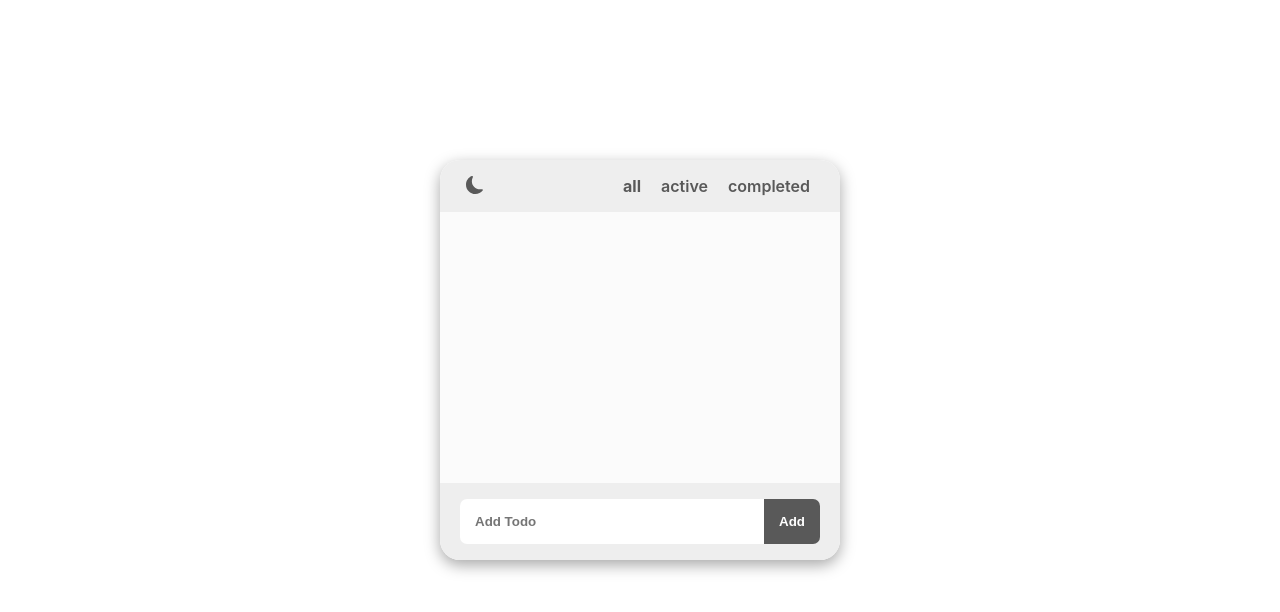
Repository: momo0170/react_todolist
Page: /
These files come from the project's save history. The page is drawn as it stood at one moment and after the next save; the edit follows.
The browser window is 1280 px wide. The pictures show the whole page.
The project was rebuilt for these pictures with package versions that can differ from the ones it lists, and the page was loaded fresh each time. Also part of the build but not shown: src/css/Todo.module.css, src/components/Main/Todo.jsx.

Above is the page before, as saved 2022-11-09 17:10:34.

### src/index.css
body {
  margin: 0;
  font-family: -apple-system, BlinkMacSystemFont, 'Segoe UI', 'Roboto', 'Oxygen',
    'Ubuntu', 'Cantarell', 'Fira Sans', 'Droid Sans', 'Helvetica Neue',
    sans-serif;
  -webkit-font-smoothing: antialiased;
  -moz-osx-font-smoothing: grayscale;
  height: 100vh;
  display: flex;
  justify-content: center;
  align-items: center;
}

code {
  font-family: source-code-pro, Menlo, Monaco, Consolas, 'Courier New',
    monospace;
}

### src/App.jsx
import styles from './App.module.css';
import { useState } from 'react';
import { v4 as uuidv4 } from 'uuid';

import Header from './components/Header/Header';
import Main from './components/Main/Main';
import Footer from './components/Footer/Footer';
import { useEffect } from 'react';

const filters = ['all', 'active', 'completed'];
function App() {
  const [filter, setFilter] = useState(filters[0]);
  const [darkMode, setDarkMode] = useState(false);
  // todos 변경이 발생할 때마다 console.log 계속 실행됨
  // 초기값이 전달되는데 내부적으로 저장된 값이 있다면 초기값을 무시하고 내부적인 값을 사용한다. 그래서 useState 내부에 함수를 사용할 경우에 콜백 함수로 사용하는 것이 좋다.
  const [todos, setTodos] = useState(() => {
    const todos = localStorage.getItem('todos');
    return todos ? JSON.parse(todos) : [];
  });

  const onAdd = (e) => {
    e.preventDefault();
    if (e.target[0].value !== '') {
      setTodos([
        ...todos,
        { id: uuidv4(), name: e.target[0].value, status: 'active' },
      ]);
      e.target[0].value = '';
    }
  };

  const onDelete = (targetId) => {
    setTodos((prev) => prev.filter((todo) => todo.id !== targetId));
  };
  const onUpdate = (updated) => {
    setTodos(todos.map((t) => (t.id === updated.id ? updated : t)));
  };
  const onChangeMode = () => {
    setDarkMode(!darkMode);
  };
  // todos가 업데이트 될 때마다 localStorage의 값도 업데이트
  useEffect(() => {
    localStorage.setItem('todos', JSON.stringify(todos));
  }, [todos]);
  console.log(todos);

  return (
    <div className={styles.container}>
      <Header
        onChangeMode={onChangeMode}
        darkMode={darkMode}
        filters={filters}
        filter={filter}
        onFilterChange={(filter) => setFilter(filter)}
      />
      <Main
        onDelete={onDelete}
        todos={todos}
        onUpdate={onUpdate}
        darkMode={darkMode}
        filter={filter}
      />
      <Footer onAdd={onAdd} darkMode={darkMode} />
    </div>
  );
}

export default App;

### src/App.module.css
:root {
  --light-mode-black: #595959;
}
.container {
  display: flex;
  flex-direction: column;
  border-radius: 20px;
  width: 400px;
  height: 400px;
  box-shadow: rgba(0, 0, 0, 0.35) 0px 5px 15px;
}

### src/components/Header/Header.jsx
import styles from '../../css/Header.module.css';
import { BsMoonFill, BsSunFill } from 'react-icons/bs';

export default function Header({
  onChangeMode,
  darkMode,
  filters,
  filter,
  onFilterChange,
}) {
  const changeMode = () => {
    onChangeMode();
  };
  return (
    <header
      className={styles.header}
      style={darkMode ? { backgroundColor: '#373737' } : {}}
    >
      <button className={styles.modeBtn} onClick={changeMode}>
        {darkMode ? (
          <BsSunFill size="18" color="#DEDEDE" />
        ) : (
          <BsMoonFill size="18" color="#595959" />
        )}
      </button>
      <ul className={styles.filter}>
        {filters.map((value, index) => (
          <li
            className={`${styles.filterList} ${
              filter === value && styles.selected
            }`}
            style={darkMode ? { color: '#DEDEDE' } : { color: '#595959' }}
            key={index}
            onClick={() => onFilterChange(value)}
          >
            {value}
          </li>
        ))}
      </ul>
    </header>
  );
}

### src/components/Main/Main.jsx
import React from 'react';
import styles from '../../css/Main.module.css';
import Todo from './Todo';

export default function Main({
  onDelete,
  onCheck,
  todos,
  darkMode,
  filter,
  onUpdate,
}) {
  const filtered = getFilterdItems(todos, filter);
  return (
    <main
      className={styles.main}
      style={darkMode ? { backgroundColor: '#424242' } : {}}
    >
      {filtered.map((todo) => (
        <li className={styles.list} key={todo.id}>
          <Todo
            todo={todo}
            onDelete={onDelete}
            onCheck={onCheck}
            darkMode={darkMode}
            onUpdate={onUpdate}
          />
        </li>
      ))}
    </main>
  );
}

function getFilterdItems(todos, filter) {
  if (filter === 'all') {
    return todos;
  }
  return todos.filter((todo) => todo.status === filter);
}

### src/components/Footer/Footer.jsx
import React from 'react';
import styles from '../../css/Footer.module.css';
export default function Footer({ onAdd, darkMode }) {
  return (
    <footer
      className={styles.footer}
      style={darkMode ? { backgroundColor: '#373737' } : {}}
    >
      <form className={styles.form} onSubmit={onAdd}>
        <input
          type="text"
          placeholder="Add Todo"
          className={styles.input}
          style={
            darkMode ? { backgroundColor: '#424242', color: '#DEDEDE' } : {}
          }
        />
        <button className={styles.addBtn}>Add</button>
      </form>
    </footer>
  );
}

### src/css/Header.module.css
/* Header */
.header {
  display: flex;
  background-color: #eeeeee;
  border-radius: 20px 20px 0 0;
  justify-content: space-between;
  padding: 0 20px;
}
.modeBtn {
  border: 0;
  background-color: transparent;
  cursor: pointer;
}
.filter {
  list-style: none;
  display: flex;
  padding: 0;
}
.filterList {
  margin: 0 10px;
  cursor: pointer;
  font-weight: 600;
  color: var(--light-mode-black);
}

.filterList.selected {
  font-weight: bolder;
}
.filterList::after {
  content: '';
  display: block;
  background-color: red;
}

### src/css/Main.module.css
/* Main */
.main {
  flex: 1 1 70%;
  background-color: #fbfbfb;
  overflow: auto;
}
.list {
  list-style: none;
  display: flex;
  align-items: center;
  margin: 10px 20px;
}

### src/css/Footer.module.css
/* Footer */
.footer {
  flex: 1 1 20%;
  background-color: #eeeeee;
  border-radius: 0 0 20px 20px;
  display: flex;
  justify-content: center;
  align-items: center;
}
.form {
  display: flex;
  width: 90%;
  border-radius: 10px;
}
.input {
  flex: 1 1 80%;
  border: 0;
  padding: 15px;
  border-radius: 7px 0 0 7px;
  color: var(--light-mode-black);
  font-weight: 800;
}
input:focus::placeholder {
  color: transparent;
}
input:focus {
  outline: 0;
}
.addBtn {
  border: 0;
  border-radius: 0 7px 7px 0;
  padding: 15px;
  background-color: var(--light-mode-black);
  color: white;
  font-weight: 600;
  cursor: pointer;
}

Loaded but not shown: public/index.html (common file); src/index.js (common file); src/reportWebVitals.js (common file)

After the next save:
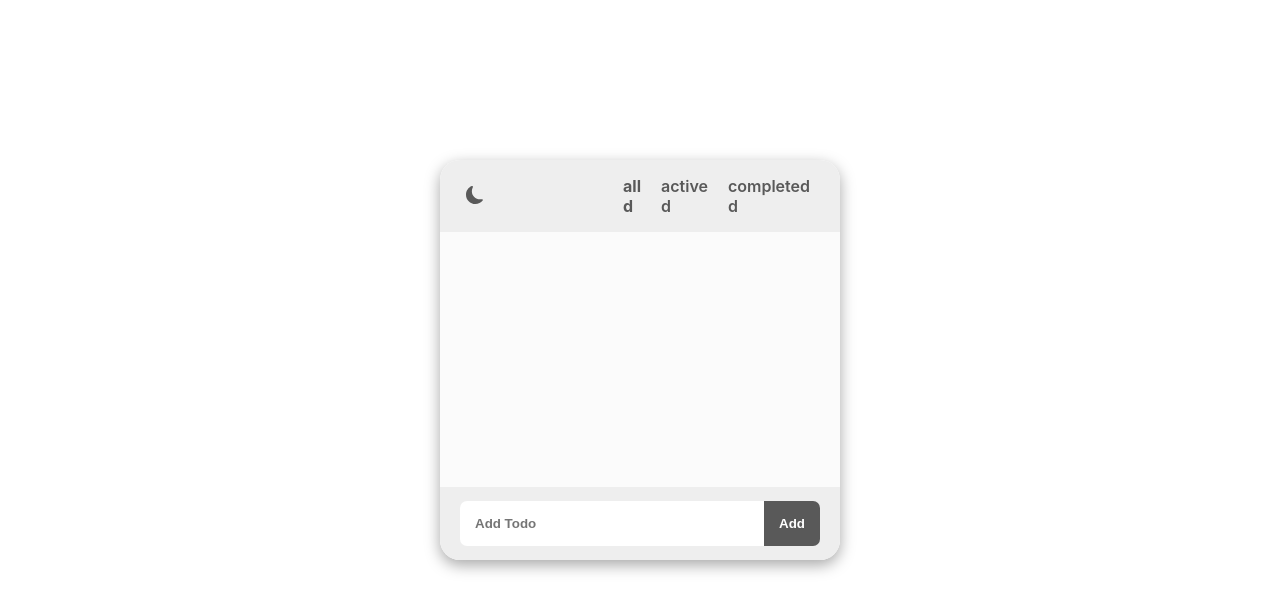
Saved 18 s later.
--- a/src/css/Header.module.css
+++ b/src/css/Header.module.css
@@ -27,7 +27,6 @@
   font-weight: bolder;
 }
 .filterList::after {
-  content: '';
+  content: 'd';
   display: block;
-  background-color: red;
 }

After the save that followed:
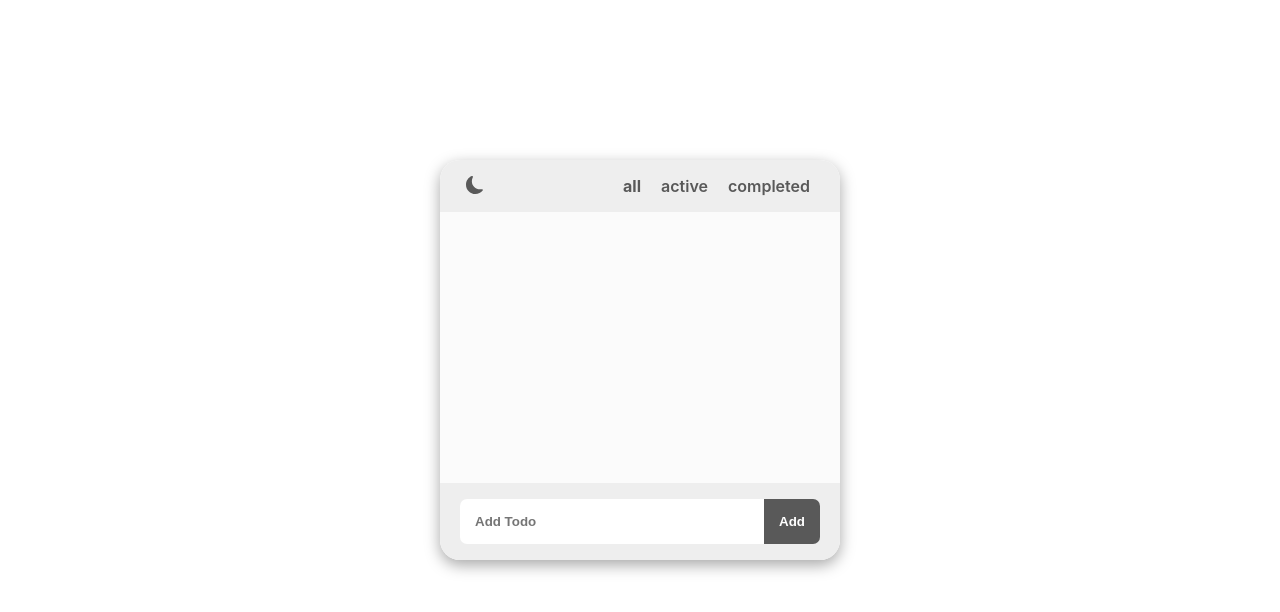
Saved 5 s later.
--- a/src/css/Header.module.css
+++ b/src/css/Header.module.css
@@ -27,6 +27,6 @@
   font-weight: bolder;
 }
 .filterList::after {
-  content: 'd';
+  content: '';
   display: block;
 }
